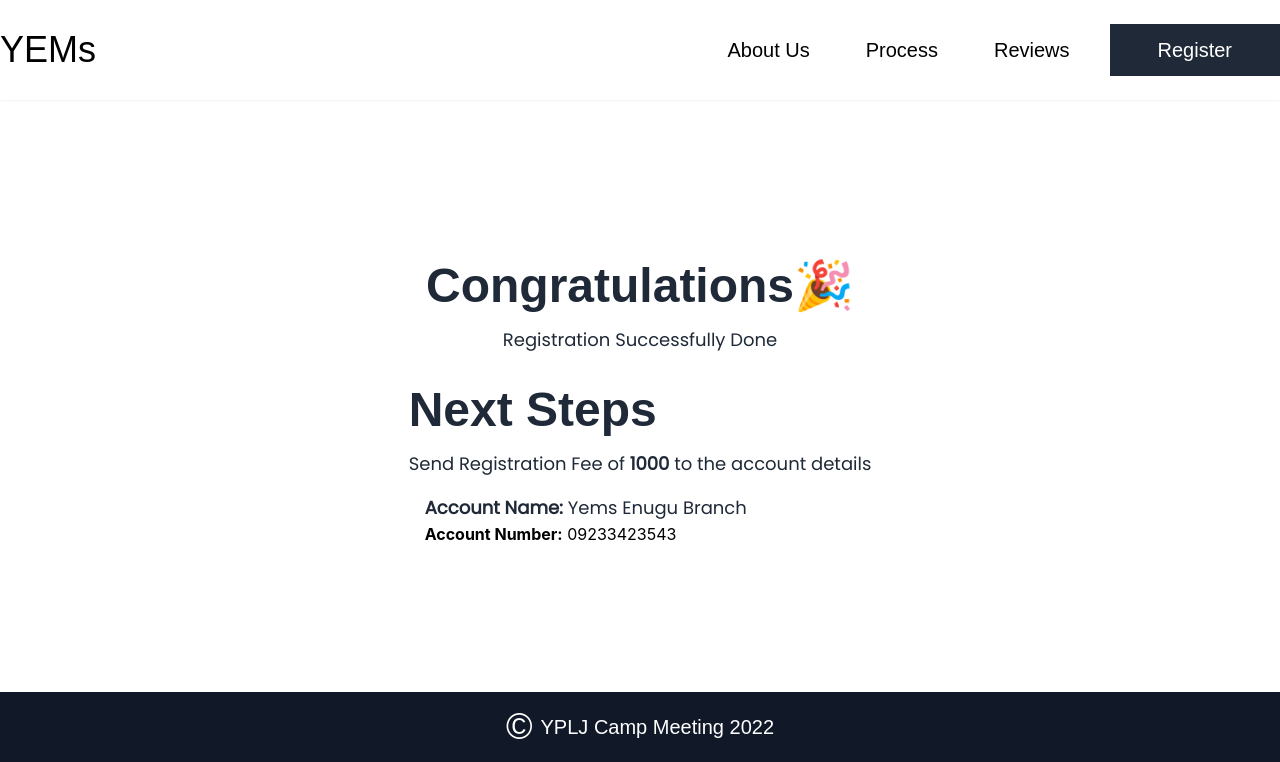
Repository: Ifenna-Pascal/user-camp-onboarding
Page: /dashboard
An editor plug-in stored every save of this project. The page is shown before and after the next save, followed by the edit.
The browser window is 1280 px wide. The pictures show the whole page.
Some web fonts or font styles are not loaded; a fallback is used. The project was rebuilt for these pictures with package versions that can differ from the ones it lists, and the page was loaded fresh each time. The framework's server and built-in components were replaced by stand-ins that run in the browser. Also part of the build but not shown: next.config.js.

Above is the page before, as saved 2022-11-27 08:15:55.

### pages/_app.js
import Mainlayout from "../components/layout";
import "../styles/globals.css";
import "remixicon/fonts/remixicon.css";

function MyApp({ Component, pageProps }) {
  return (
    <Mainlayout>
      <Component {...pageProps} />
    </Mainlayout>
  );
}

export default MyApp;

### pages/dashboard.jsx
import React from "react";

function Dashboard() {
  return (
    <div className="min-h-[80vh] flex  flex-col items-center justify-center">
      <h1 className="text-gray-800 text-center lg:text-left text-2xl lg:text-5xl font-semibold font-sono block ">
        Congratulations🎉
      </h1>
      <p className="block text-base  lg:text-lg text-center font-poppins text-gray-800 leading-[30px] py-2 lg:py-4">
        Registration Successfully Done
      </p>
      <div>
        <h1 className="text-gray-800 text-center pt-4 lg:text-left text-2xl lg:text-5xl font-semibold font-sono block ">
          Next Steps{" "}
        </h1>
        <p className="block text-base  lg:text-lg text-center font-poppins text-gray-800 leading-[30px] py-2 lg:py-4">
          Send Registration Fee of <strong>1000</strong> to the account details
        </p>
        <div className="px-4">
          <p className="block text-base  lg:text-lg text-left font-poppins text-gray-800 leading-[30px]">
            <b>Account Name:</b> Yems Enugu Branch
          </p>
          <p>
            <b>Account Number:</b> 09233423543
          </p>
        </div>
      </div>
    </div>
  );
}

export default Dashboard;

### components/layout/index.jsx
import React from "react";
import Footer from "./Footer";
import Nav from "./Nav";

function Mainlayout({ children }) {
  return (
    <div className="relative">
      <Nav />
      <main>{children}</main>
      <Footer />
    </div>
  );
}

export default Mainlayout;

### styles/globals.css
@import url('https://fonts.googleapis.com/css2?family=Poppins&family=Sono:wght@400;500&display=swap');
@import url('https://fonts.googleapis.com/css2?family=Montserrat&family=Source+Sans+Pro&display=swap');

* {
  padding: 0;
  margin: 0;
  box-sizing: border-box;
  scroll-behavior: smooth;
}

html,
body {
  padding: 0;
  margin: 0;
  font-family: -apple-system, BlinkMacSystemFont, Segoe UI, Roboto, Oxygen,
    Ubuntu, Cantarell, Fira Sans, Droid Sans, Helvetica Neue, sans-serif;
}

a {
  color: inherit;
  text-decoration: none;
}

* {
  box-sizing: border-box;
}

@media (prefers-color-scheme: dark) {
  html {
    color-scheme: dark;
  }
  body {
    color: white;
    background: black;
  }
}

@tailwind base;
@tailwind components;
@tailwind utilities;

### components/layout/Footer.jsx
import React from "react";

function Footer() {
  return (
    <div className="bg-gray-900 w-full h-[70px]  flex items-center justify-center">
      <p className="text-center flex items-center text-white font-sono text-xl">
        {" "}
        <span className="text-4xl mr-2">&copy;</span> YPLJ Camp Meeting 2022{" "}
      </p>
    </div>
  );
}

export default Footer;

### components/layout/Nav.jsx
import Link from "next/link";
import { useRouter } from "next/router";
import React, { useState } from "react";
import Button from "../general/Button";
import NavLink from "../general/NavLink";

function Nav() {
  const [show, setShow] = useState(false);
  const router = useRouter();
  const toggle = () => {
    setShow(!show);
  };
  return (
    <div className="lg:sticky  top-0 w-full shadow-sm mb-4 z-50 px-6 lg:px-0 bg-white">
      <nav className="w-full lg:py-6 py-5 flex items-center  lg:max-w-[1450px] lg:mx-auto justify-between">
        <Link href="/">
          {" "}
          <h1 className="font-sono text-2xl lg:text-4xl ">YEMs</h1>
        </Link>
        <ul className="lg:flex items-center hidden justify-between">
          <NavLink href="/#home" name="About Us" />
          <NavLink href="/#process" name="Process" />
          <NavLink href="/#reviews" name="Reviews" />
          <Link href="/register">
            <Button text="Register" />
          </Link>
        </ul>
        <button
          className='block md:hidden className="w-full px-2 py-1 rounded-lg text-AP-grey-200 hover:text-AP-blue-200 border-AP-grey-200 hover:border-AP-blue-400'
          onClick={toggle}
        >
          <i
            className={`${
              !show ? "ri-menu-3-fill duration-500" : "ri-close-line"
            } text-2xl text-gray-800`}
          />
        </button>
      </nav>
      <div
        className={`flex lg:hidden ${
          show
            ? "flex duration-500  flex-col items-center space-y-8 pt-2 "
            : "hidden"
        }`}
      >
        <NavLink href="/#home" name="About Us" />
        <NavLink href="/#process" name="Process" />
        <NavLink href="/#reviews" name="Reviews" />
        {/* {router.pathname !== "/register" && (
          <Link href="/register">
            <Button text="Register" onClick={() => setShow(false)} />
          </Link>
        )} */}
      </div>
    </div>
  );
}

export default Nav;

### components/general/Button.jsx
import React from "react";

function Button({ text, ...rest }) {
  return (
    <button
      className="bg-gray-800 px-12 py-3 hover:bg-white hover:text-black hover:border hover:border-black duration-500 hover:ease-in-out text-white font-sono text-xl"
      {...rest}
    >
      {text}
    </button>
  );
}

export default Button;

### components/general/NavLink.jsx
import Link from "next/link";
import React from "react";

function NavLink({ href, name }) {
  return (
    <Link href={href}>
      <span className="text-black px-4 text-xl font-sono mr-6 font-500">
        {name}
      </span>
    </Link>
  );
}

export default NavLink;

### tailwind.config.js
/** @type {import('tailwindcss').Config} */
module.exports = {
  content: [
    "./pages/**/*.{js,ts,jsx,tsx}",
    "./components/**/*.{js,ts,jsx,tsx}",
  ],

  theme: {
    extend: {
      fontFamily: {
        sono: ["Sono", "sans-serif"],
        poppins: ["Poppins", "sans-serif"],
        montserat: ["Montserrat", "sans-serif"],
      },
    },
  },
  plugins: [],
};

After the next save:
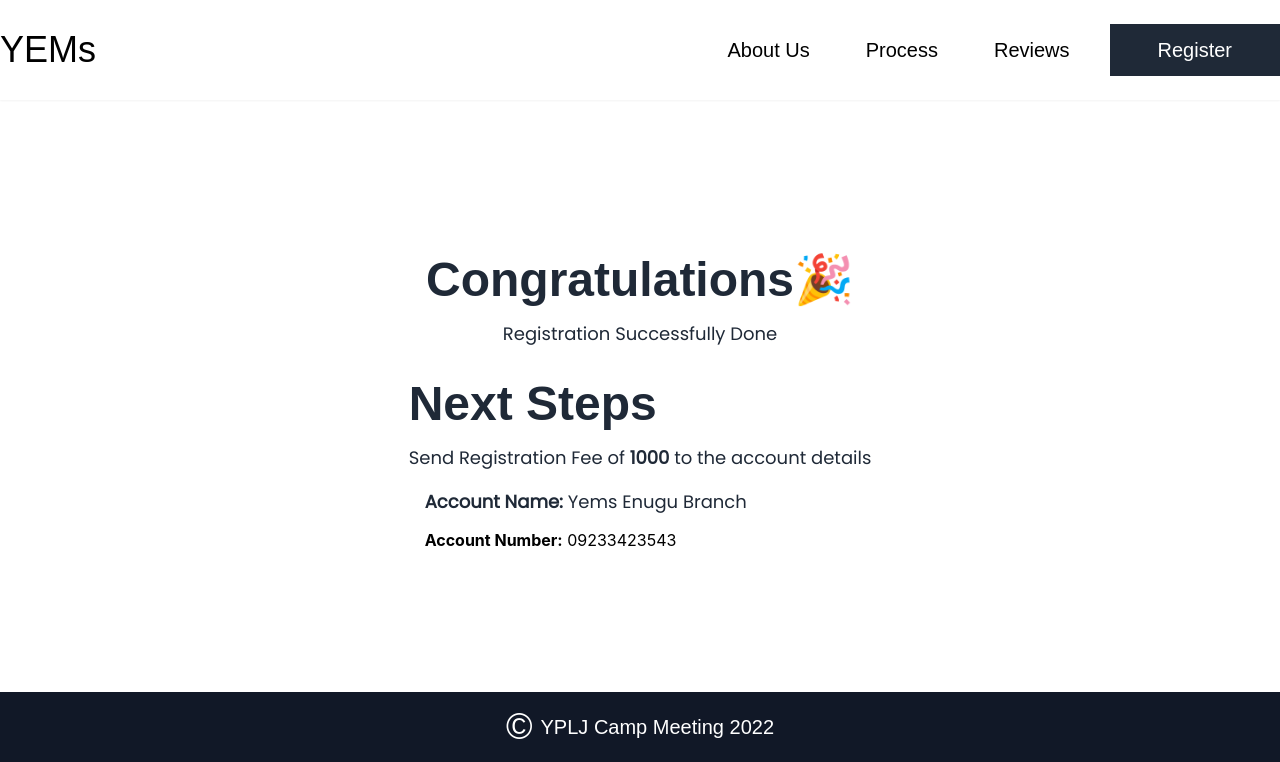
Saved 7 s later.
--- a/pages/dashboard.jsx
+++ b/pages/dashboard.jsx
@@ -17,7 +17,7 @@ function Dashboard() {
           Send Registration Fee of <strong>1000</strong> to the account details
         </p>
         <div className="px-4">
-          <p className="block text-base  lg:text-lg text-left font-poppins text-gray-800 leading-[30px]">
+          <p className="block text-base  lg:text-lg text-left pb-3 font-poppins text-gray-800 leading-[30px]">
             <b>Account Name:</b> Yems Enugu Branch
           </p>
           <p>
